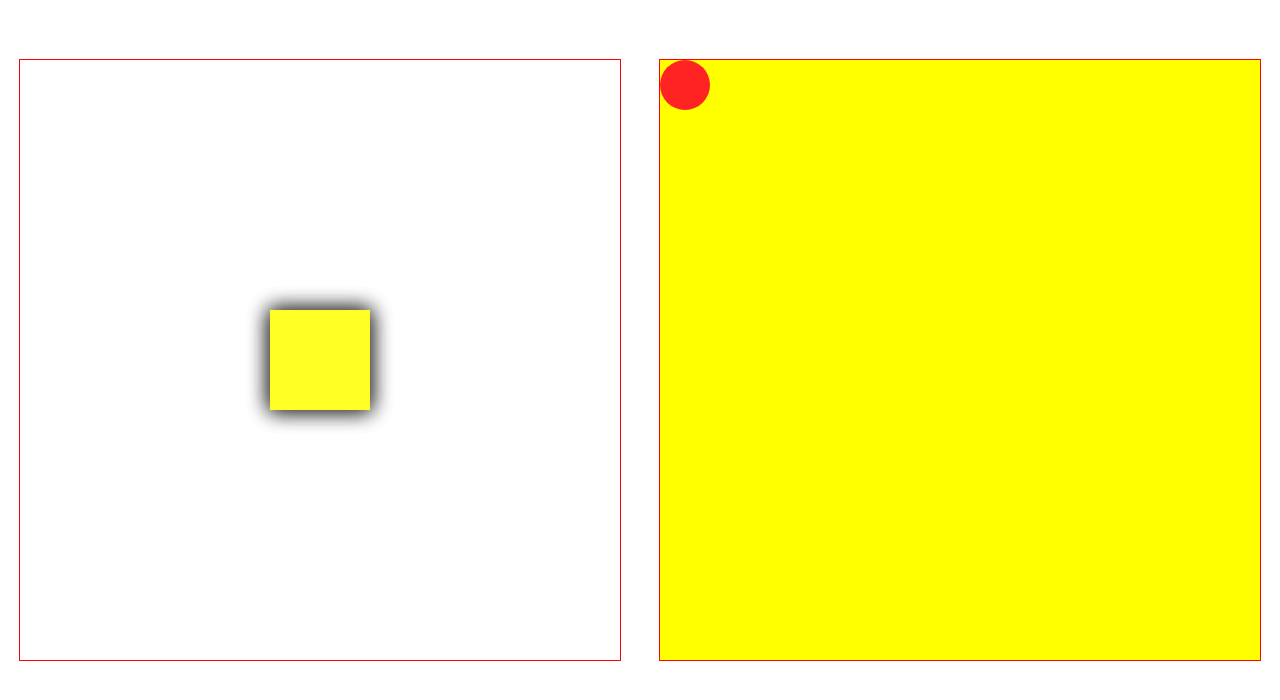
Repository: randgars/game
Page: index.html
The author's editor kept a copy of each file at every save. The page is drawn from the files as they stood at one save, then again after the next save.
The browser window is 1280 px wide. The pictures show the whole page.

Above is the page before, as saved 2017-09-29 12:13:37.

### index.html
<!DOCTYPE html>
<html lang="en">
<head>
    <meta charset="UTF-8">
    <meta name="viewport" content="width=device-width, initial-scale=1.0">
    <meta http-equiv="X-UA-Compatible" content="ie=edge">
    <title>Document</title>
    <link rel="stylesheet" href="./style.css">
    <script type="text/javascript" src="./index.js"></script>
</head>
<body>
    <div class="wrapper">
        <div class="square first"></div>
        <div class="square second"></div>
        <div class="square third"></div>
        <div class="square fourth"></div>
    </div>
    <div id="wrapper" onmousemove="mouseMove(event)" class="wrapper">
        <div id="circle" class="circle"></div>

    </div>
    <div class="coordinates">
        <span id="x"></span>
        <span id="y"></span>
    </div>
</body>
</html>

### style.css
body {
    padding: 0;
    margin: 0;
    display: flex;
    justify-content: space-around;
    align-items: center;
    height: 100vh;
}
.wrapper {
    position: relative;
    width: 600px;
    height: 600px;
    border: solid 1px red;
}
.square {
    height: 100px;
    width: 100px;
    box-shadow: 0 0 20px rgba(0, 0, 0, .4);
    position: absolute;
    top: calc(50% - 50px);
    left: calc(50% - 50px);
}
.first {
    animation-name: first;
    animation-duration: 5s;
    animation-iteration-count: infinite;
    animation-timing-function: linear;
    background-color: rgba(35, 255, 35, 1);
}
.second {
    animation-name: second;
    animation-duration: 5s;
    animation-iteration-count: infinite;
    animation-timing-function: linear;
    background-color: rgba(35, 35, 255, 1);
}
.third {
    animation-name: third;
    animation-duration: 5s;
    animation-iteration-count: infinite;
    animation-timing-function: linear;
    background-color: rgb(255, 35, 35);
}
.fourth {
    animation-name: fourth;
    animation-duration: 5s;
    animation-iteration-count: infinite;
    animation-timing-function: linear;
    background-color: rgba(255, 255, 35, 1);
}

.first:hover, .second:hover, .third:hover, .fourth:hoer {
    animation-play-state: paused;
}

@keyframes first {
    from {
        transform: rotate(360deg);
    }
    25% {
        background-color: rgba(35, 35, 255, 1);
    }
    50% {
        top: calc(0% - 50px);
        left: calc(0% - 50px);
        background-color: rgb(255, 35, 35);
    }
    75% {
        background-color: rgba(255, 255, 35, 1);
    }
    to {
        transform: rotate(0deg);
    }
}
@keyframes second {
    from {
        transform: rotate(0deg);
    }
    25% {
        background-color: rgb(255, 35, 35);
    }
    50% {
        top: calc(0% - 50px);
        left: calc(100% - 50px);
        background-color: rgba(255, 255, 35, 1);
    }
    75% {
        background-color: rgba(35, 255, 35, 1);
    }
    to {
        transform: rotate(360deg);
    }
}
@keyframes third {
    from {
        transform: rotate(360deg);
    }
    25% {
        background-color: rgba(255, 255, 35, 1);
    }
    50% {
        top: calc(100% - 50px);
        left: calc(100% - 50px);
        background-color: rgba(35, 255, 35, 1);
    }
    75% {
        background-color: rgba(35, 35, 255, 1);
    }
    to {
        transform: rotate(0deg);
    }
}
@keyframes fourth {
    from {
        transform: rotate(0deg);
    }
    25% {
        background-color: rgba(35, 255, 35, 1);
    }
    50% {
        top: calc(100% - 50px);
        left: calc(0% - 50px);
        background-color: rgba(35, 35, 255, 1);
    }
    75% {
        background-color: rgb(255, 35, 35);
    }
    to {
        transform: rotate(360deg);
    }
}
#wrapper {
    z-index: 999;
    background-color: yellow;
}
.circle {
    border-radius: 100%;
    background-color: rgb(255, 35, 35);
    width: 50px;
    height: 50px;
}
.coordinates {
    display: flex;
    flex-direction: column;
    position: fixed;
    right: 50px;
    top: 50px;
}

### index.js
function mouseMove(event) {
    var circle = document.getElementById("circle");
    circle.style.left = event.layerX - 25 + "px";
    circle.style.top = event.layerY - 25 + "px";
    var coord = circle.getBoundingClientRect();
    document.getElementById('x').innerHTML="x: " + event.layerX;
    document.getElementById('y').innerHTML="y: " + event.layerY;
    // debugger
    event.stopImmediatePropagation()
}

After the next save:
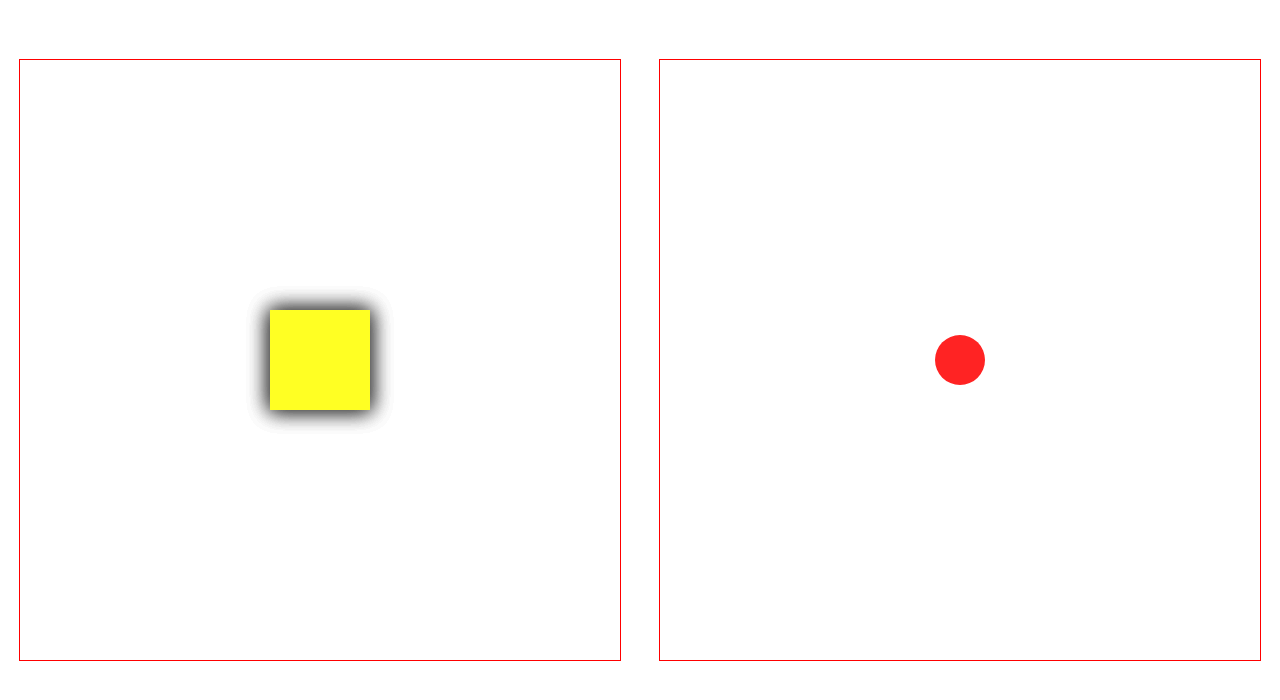
Saved 12 s later.
--- a/style.css
+++ b/style.css
@@ -129,13 +129,13 @@ body {
         transform: rotate(360deg);
     }
 }
-#wrapper {
-    z-index: 999;
-    background-color: yellow;
-}
+
 .circle {
     border-radius: 100%;
     background-color: rgb(255, 35, 35);
+    position: absolute;
+    top: calc(50% - 25px);
+    left: calc(50% - 25px);
     width: 50px;
     height: 50px;
 }
